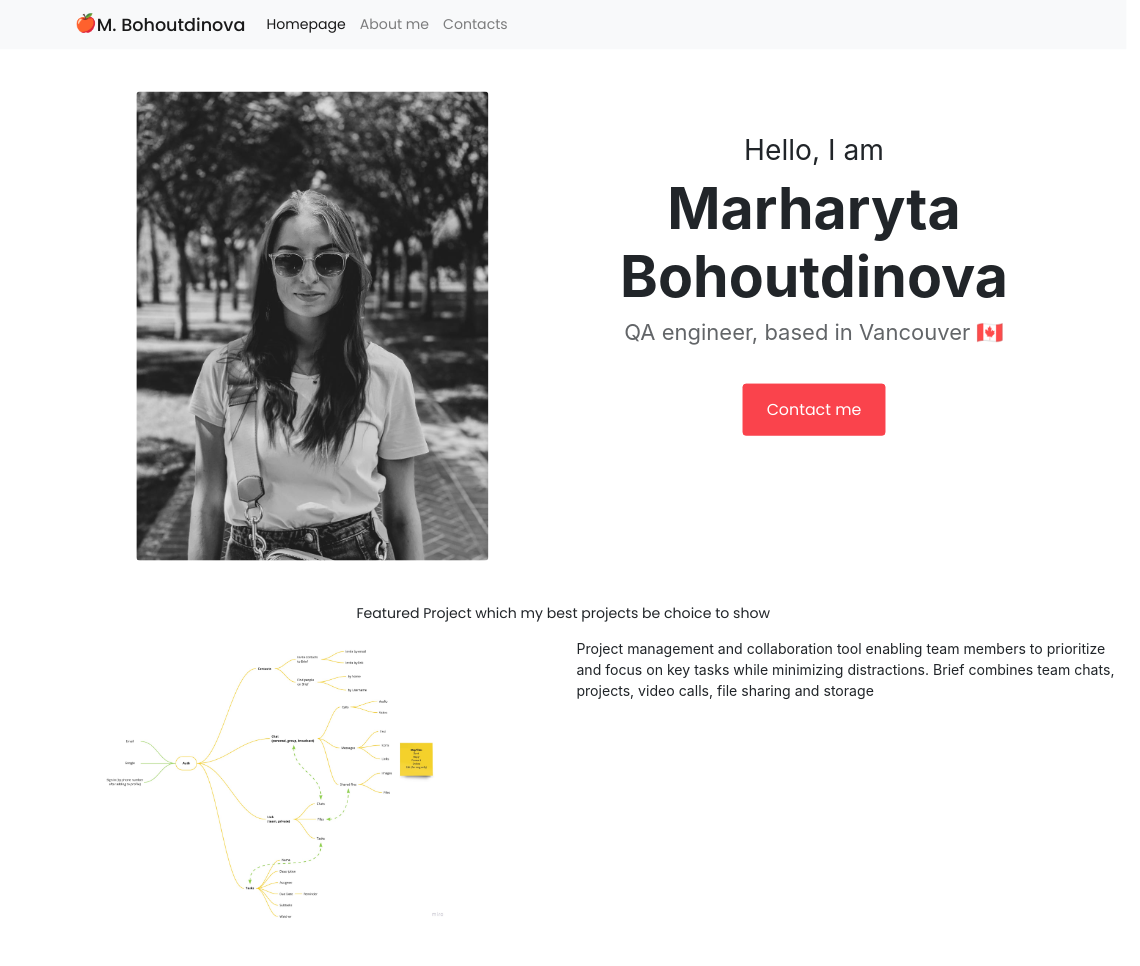
Repository: Bohoutdinova/Portfolio_week-4
Page: index.html
These files come from the project's save history. The page is drawn as it stood at one moment and after the next save; the edit follows.
The browser window is 1280 px wide. The page is 1295 px wide, so the pictures cover 1295 px, including what lies to the right of the window. The pictures show the whole page, at 88% of full size.

Above is the page before, as saved 2022-08-11 18:39:38.

### index.html
<!DOCTYPE html>
<html lang="en">
  <head>
    <meta charset="UTF-8" />
    <meta http-equiv="X-UA-Compatible" content="IE=edge" />
    <meta name="viewport" content="width=device-width, initial-scale=1.0" />
    <title>M. Bohoutdinova - QA engineer</title>
    <meta
      name="description"
      content="M. Bohoutdinova - QA engineer, situated in Vancouver"
    />
    <link
      rel="stylesheet"
      href="https://cdn.jsdelivr.net/npm/bootstrap@4.3.1/dist/css/bootstrap.min.css"
      integrity="sha384-ggOyR0iXCbMQv3Xipma34MD+dH/1fQ784/j6cY/iJTQUOhcWr7x9JvoRxT2MZw1T"
      crossorigin="anonymous"
    />
    <script
      src="https://code.jquery.com/jquery-3.3.1.slim.min.js"
      integrity="sha384-q8i/X+965DzO0rT7abK41JStQIAqVgRVzpbzo5smXKp4YfRvH+8abtTE1Pi6jizo"
      crossorigin="anonymous"
    ></script>
    <script
      src="https://cdn.jsdelivr.net/npm/popper.js@1.14.7/dist/umd/popper.min.js"
      integrity="sha384-UO2eT0CpHqdSJQ6hJty5KVphtPhzWj9WO1clHTMGa3JDZwrnQq4sF86dIHNDz0W1"
      crossorigin="anonymous"
    ></script>
    <script
      src="https://cdn.jsdelivr.net/npm/bootstrap@4.3.1/dist/js/bootstrap.min.js"
      integrity="sha384-JjSmVgyd0p3pXB1rRibZUAYoIIy6OrQ6VrjIEaFf/nJGzIxFDsf4x0xIM+B07jRM"
      crossorigin="anonymous"
    ></script>
    <link rel="stylesheet" href="/src/style.css" />
    <link rel="preconnect" href="https://fonts.googleapis.com" />
    <link rel="preconnect" href="https://fonts.gstatic.com" crossorigin />
    <link rel="preconnect" href="https://fonts.googleapis.com" />
    <link rel="preconnect" href="https://fonts.gstatic.com" crossorigin />
    <link
      href="https://fonts.googleapis.com/css2?family=Abril+Fatface&family=Poppins:wght@100;400;500;700&display=swap"
      rel="stylesheet"
    />
  </head>
  <body>
    <nav class="navbar navbar-expand-lg navbar-light bg-light">
      <div class="container">
        <a class="navbar-brand" href="/index.html" title="Homepage"
          >M. Bohoutdinova</a
        >
        <button
          class="navbar-toggler"
          type="button"
          data-toggle="collapse"
          data-target="#navbarNav"
          aria-controls="navbarNav"
          aria-expanded="false"
          aria-label="Toggle navigation"
        >
          <span class="navbar-toggler-icon"></span>
        </button>
        <div class="collapse navbar-collapse" id="navbarNav">
          <ul class="navbar-nav">
            <li class="nav-item active">
              <a class="nav-link" href="/index.html" title="Homepage"
                >Homepage <span class="sr-only">(current)</span></a
              >
            </li>
            <li class="nav-item">
              <a class="nav-link" href="#" title="About M. Bohoutdinova"
                >About me</a
              >
            </li>
            <li class="nav-item">
              <a class="nav-link" href="#" title="Contact with M. Bohoutdinova"
                >Contacts</a
              >
            </li>
          </ul>
        </div>
      </div>
    </nav>
    <div class="container mt-5">
      <div class="row">
        <div class="col-sm-6">
          <img
            src="/images/photo.jpg"
            alt="My photo"
            width="400"
            class="img-fluid rounded"
          />
        </div>
        <div class="col-sm-6 hero-page mt-5">
          <h2>Hello, I am</h2>
          <h1>Marharyta Bohoutdinova</h1>
          <h3>QA engineer, based in Vancouver 🇨🇦</h3>
          <a href="#" class="contact-me rounded rounded" title="Contact me"
            >Contact me</a
          >
        </div>
      </div>
    </div>
    <div class="container mt-5">
      <p class="about-app">
        Featured Project which my best projects be choice to show
      </p>
    </div>
    <div class="row mb-5">
      <div class="col d-none d-lg-block">
        <img
          src="/images/Brief.jpeg"
          alt="Brief-app"
          class="img-fluid"
          width="400"
        />
      </div>
      <div class="col">
        <div class="app-description">
          Project management and collaboration tool enabling team members to
          prioritize and focus on key tasks while minimizing distractions. Brief
          combines team chats, projects, video calls, file sharing and storage
        </div>
      </div>
    </div>
  </body>
</html>

### src/style.css
:root {
  --main-family-font: "Poppins", sans-serif;
  --main-color: #fa434c;
}

.navbar-brand {
  position: relative;
  padding-left: 25px;
  font-family: var(--main-family-font);
  font-weight: 500;
}
.nav-link {
  font-family: var(--main-family-font);
}

.navbar-brand:before {
  position: absolute;
  content: "🍎";
  left: 0;
  top: 3px;
}

.navbar-brand:hover:before {
  content: "🍏";
}
.hero-page {
  text-align: center;
}
h1 h2 h3 {
  font-family: var(--main-family-font);
}
h2 {
  font-weight: 400;
}
h1 {
  font-weight: 700;
  font-size: 65px;
}
h3 {
  font-size: 25px;
  font-weight: 400;
  opacity: 70%;
}
.hero-page h3 {
  margin-bottom: 60px;
}
img {
  display: block;
  margin: 0 auto;
  text-align: center;
}
.col-sm-6 {
  padding: 0;
}
.contact-me {
  font-family: var(--main-family-font);
  padding: 15px 25px;
  background-color: var(--main-color);
  color: white;
  font-size: 18px;
  border: 2px solid var(--main-color);
}
.contact-me:hover {
  color: var(--main-color);
  background-color: white;
  border-color: var(--main-color);
  text-decoration: none;
}
.about-app {
  font-family: var(--main-family-font);
  text-align: center;
}

After the next save:
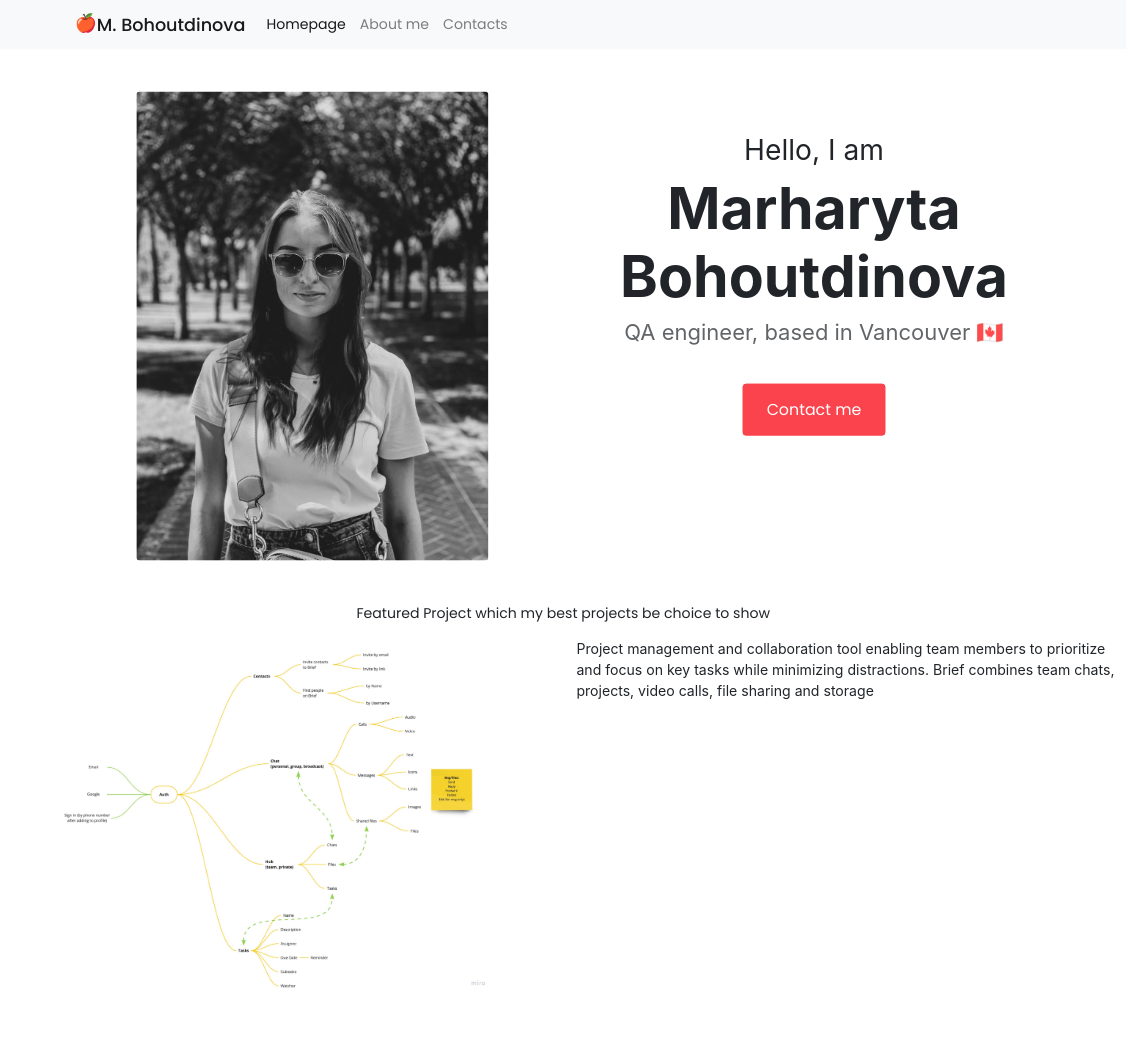
Saved 6 s later.
--- a/index.html
+++ b/index.html
@@ -109,7 +109,7 @@
           src="/images/Brief.jpeg"
           alt="Brief-app"
           class="img-fluid"
-          width="400"
+          width="500"
         />
       </div>
       <div class="col">
